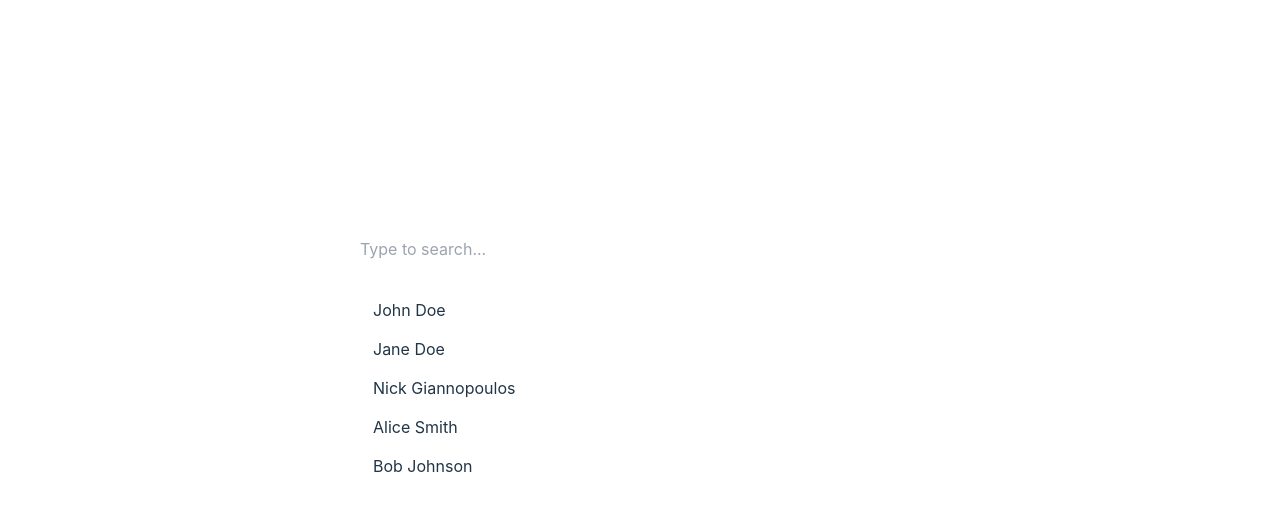
Repository: Ayansaxena24/Chip
Page: /
The author's editor kept a copy of each file at every save. The page is drawn from the files as they stood at one save, then again after a run of saves.
The browser window is 1280 px wide. The pictures show the whole page.
Some web libraries are served in a nearby version. The project was rebuilt for these pictures with package versions that can differ from the ones it lists, and the page was loaded fresh each time. Also part of the build but not shown: vite.config.ts, src/ChipInput.css.

Above is the page before, as saved 2024-01-16 03:28:18.

### index.html
<!doctype html>
<html lang="en">
  <head>
    <meta charset="UTF-8" />
    <link rel="icon" type="image/svg+xml" href="/vite.svg" />
    <meta name="viewport" content="width=device-width, initial-scale=1.0" />
    <script src="https://cdn.tailwindcss.com"></script>    <title>Vite + React + TS</title>
  </head>
  <body>
    <div id="root"></div>
    <script type="module" src="/src/main.tsx"></script>
  </body>
</html>

### src/App.tsx
import { BrowserRouter as Router, Routes, Route } from 'react-router-dom'
import ChipInput from './chipInput'

const App = () => {
  return (
    <Router>
      <Routes>
      <Route path="/" element={<ChipInput />} />
      </Routes>
    </Router>
  )
}

export default App

### src/ChipInput.tsx
// ChipInput.tsx

import React, {
  useState,
  useRef,
  useEffect,
  KeyboardEvent,
  ChangeEvent,
} from "react";
import "./ChipInput.css"; // Import your CSS file (e.g., TailwindCss/SCSS)

interface Chip {
  id: number;
  label: string;
}

const ChipInput: React.FC = () => {
  const [inputValue, setInputValue] = useState<string>("");
  const [chips, setChips] = useState<Chip[]>([]);
  const [filteredItems, setFilteredItems] = useState<string[]>([]);
  const inputRef = useRef<HTMLInputElement>(null);

  const items = [
    "John Doe",
    "Jane Doe",
    "Nick Giannopoulos",
    "Alice Smith",
    "Bob Johnson",
  ];

  useEffect(() => {
    setFilteredItems(
      items.filter((item) => !chips.find((chip) => chip.label === item))
    );
  }, [chips]);

  const handleInputChange = (e: ChangeEvent<HTMLInputElement>) => {
    const value = e.target.value;
    setInputValue(value);

    if (value.trim() === "" && chips.length > 0) {
      highlightLastChip();
    } else {
      setFilteredItems(
        items.filter((item) => item.toLowerCase().includes(value.toLowerCase()))
      );
    }
  };

  const handleChipClick = (item: string) => {
    setChips((prevChips) => [...prevChips, { id: Date.now(), label: item }]);
    setInputValue("");
  };

  const handleChipRemove = (id: number) => {
    setChips((prevChips) => prevChips.filter((chip) => chip.id !== id));
  };

  const handleInputKeyDown = (e: KeyboardEvent<HTMLInputElement>) => {
    if (e.key === "Backspace" && inputValue === "" && chips.length > 0) {
      e.preventDefault();
      const lastChip = chips[chips.length - 1];
      handleChipRemove(lastChip.id);
    }
  };

  const highlightLastChip = () => {
    const lastChip = document.querySelector(".chip:last-child");
    if (lastChip) {
      lastChip.classList.add("highlighted");
    }
  };

  return (
    <div className="w-screen flex justify-center items-center">
      <div className="flex flex-col w-[80vh]">
        <div className="flex flex-wrap">
          {chips.map((chip) => (
            <div
              key={chip.id}
              className="bg-[#037bfc] text-white rounded-md m-[5px] pr-[30px] pl-[10px] py-[12px] cursor-pointer flex items-center relative"
              onClick={() => handleChipRemove(chip.id)}
            >
              {chip.label}
              <span className="hover:border-white hover:bg-red-600 hover:border-2 hover:rounded-md px-1 mx-2 absolute right-0">X</span>
            </div>
          ))}
          <input
            ref={inputRef}
            type="text"
            value={inputValue}
            onChange={handleInputChange}
            onKeyDown={handleInputKeyDown}
            placeholder="Type to search..."
            className="rounded-md w-full pl-2 py-4"
          />
        </div>
        <ul className="cursor-pointer p-[5px] m-[5px] border-white rounded-md border-[1px] border-solid">
          {filteredItems.map((item) => (
            <li className="cursor-pointer p-[5px] m-[5px]" key={item} onClick={() => handleChipClick(item)}>
              {item}
            </li>
          ))}
        </ul>
      </div>
    </div>
  );
};

export default ChipInput;

Loaded but not shown: src/main.tsx (common file); src/index.css (common file)

After the next 2 saves:
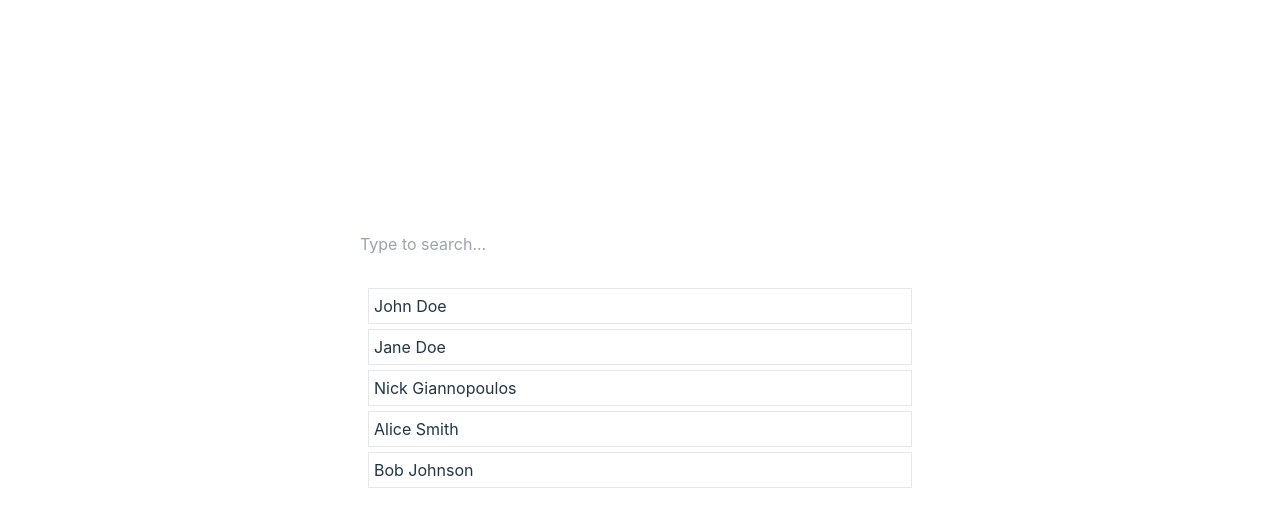
The 2 saves are shown as one change because they came seconds apart.
The last was saved 5 s later.
--- a/src/ChipInput.tsx
+++ b/src/ChipInput.tsx
@@ -97,7 +97,7 @@ const ChipInput: React.FC = () => {
         </div>
         <ul className="cursor-pointer p-[5px] m-[5px] border-white rounded-md border-[1px] border-solid">
           {filteredItems.map((item) => (
-            <li className="cursor-pointer p-[5px] m-[5px]" key={item} onClick={() => handleChipClick(item)}>
+            <li className="cursor-pointer p-[5px] m-[5px] border-[1px]" key={item} onClick={() => handleChipClick(item)}>
               {item}
             </li>
           ))}
